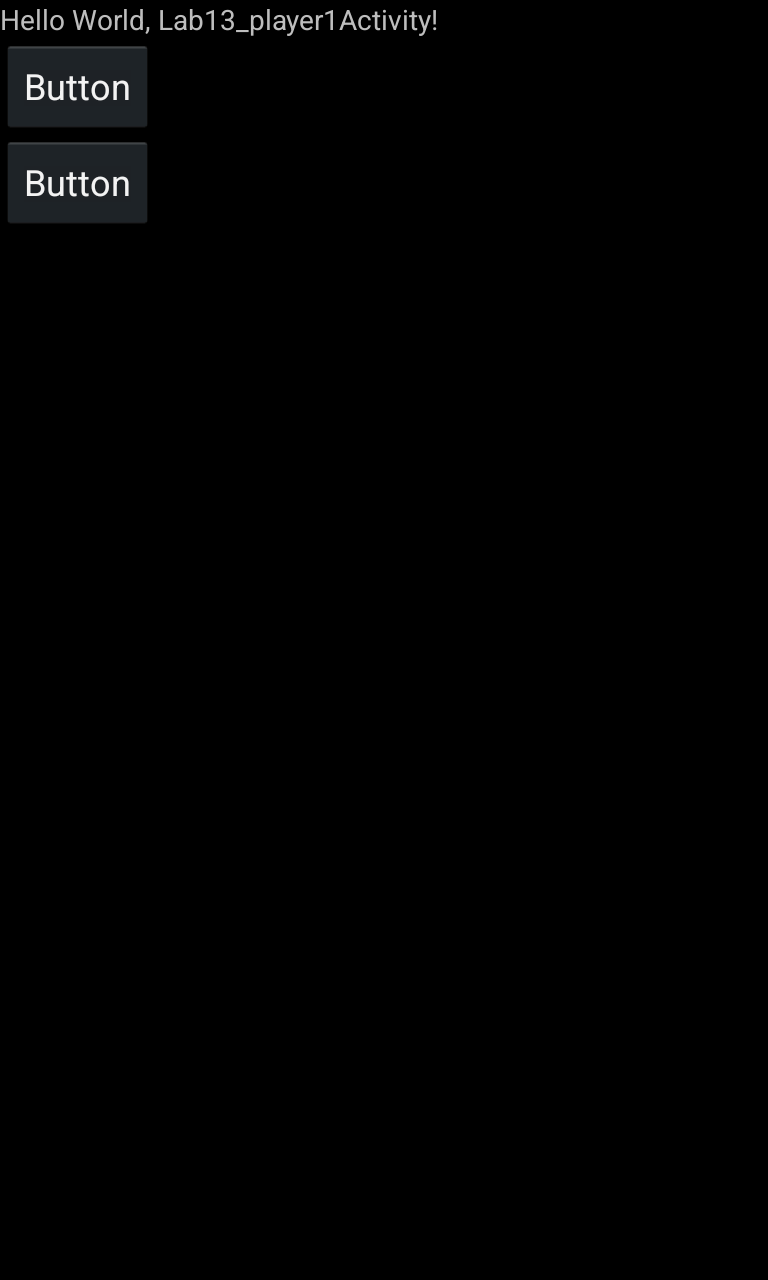
Repository: dorisserruto/un_exercises
Layout: javaandroid/Recursos/workspace-profe/lab13_player1/res/layout/main.xml
An editor plug-in stored every save of this project. The layout is shown before and after the next save, followed by the edit.
It is drawn on a 768 x 1280 px phone screen (xhdpi) without system bars, with theme android:Theme.Holo; the app's code is not run.

Above is the layout before, as saved 2012-06-24 15:13:39.

### javaandroid/Recursos/workspace-profe/lab13_player1/res/layout/main.xml
<?xml version="1.0" encoding="utf-8"?>
<LinearLayout xmlns:android="http://schemas.android.com/apk/res/android"
    android:layout_width="fill_parent"
    android:layout_height="fill_parent"
    android:orientation="vertical" >

    <TextView
        android:layout_width="fill_parent"
        android:layout_height="wrap_content"
        android:text="@string/hello" />

    <Button
        android:id="@+id/button1"
        android:layout_width="wrap_content"
        android:layout_height="wrap_content"
        android:text="Button" />

    <Button
        android:id="@+id/button2"
        android:layout_width="wrap_content"
        android:layout_height="wrap_content"
        android:text="Button" />

</LinearLayout>

### javaandroid/Recursos/workspace-profe/lab13_player1/res/values/strings.xml
<?xml version="1.0" encoding="utf-8"?>
<resources>

    <string name="hello">Hello World, Lab13_player1Activity!</string>
    <string name="app_name">Lab13_player1</string>

</resources>

After the next save:
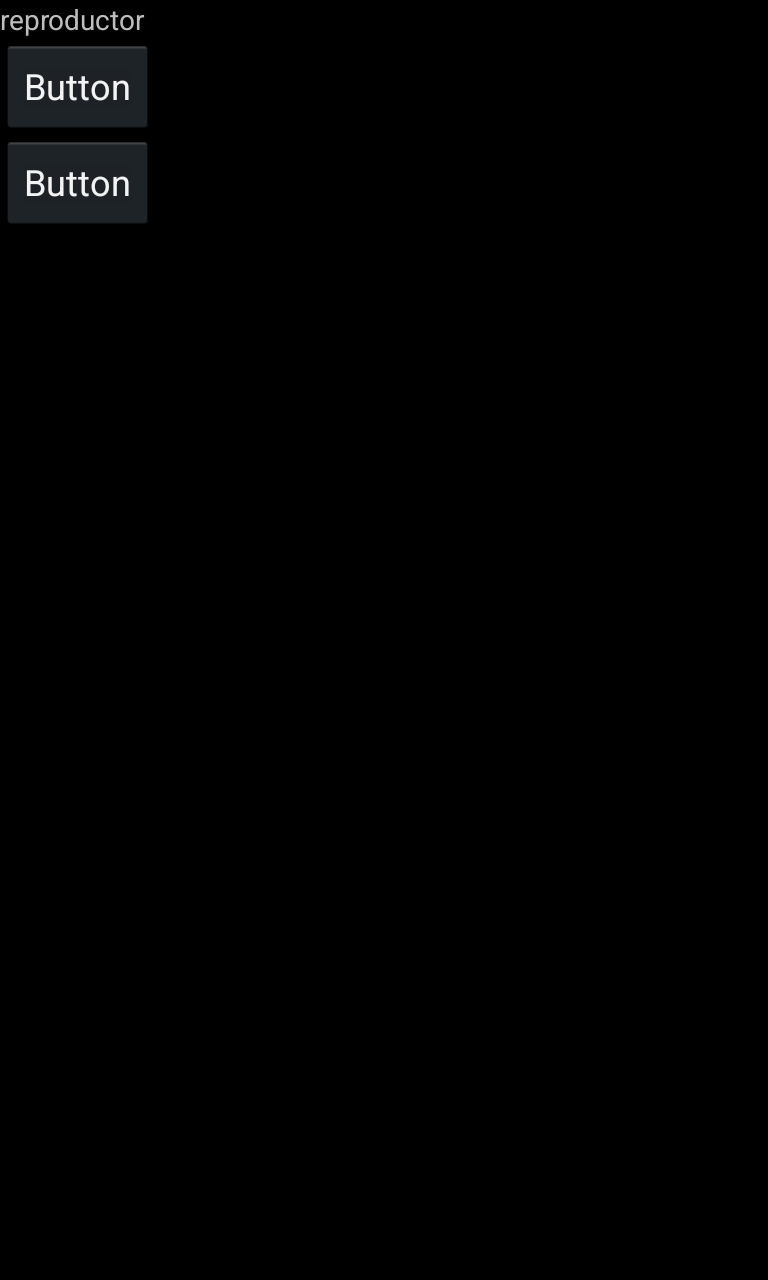
Saved 18 s later.
--- a/javaandroid/Recursos/workspace-profe/lab13_player1/res/layout/main.xml
+++ b/javaandroid/Recursos/workspace-profe/lab13_player1/res/layout/main.xml
@@ -7,7 +7,7 @@
     <TextView
         android:layout_width="fill_parent"
         android:layout_height="wrap_content"
-        android:text="@string/hello" />
+        android:text="reproductor" />
 
     <Button
         android:id="@+id/button1"
